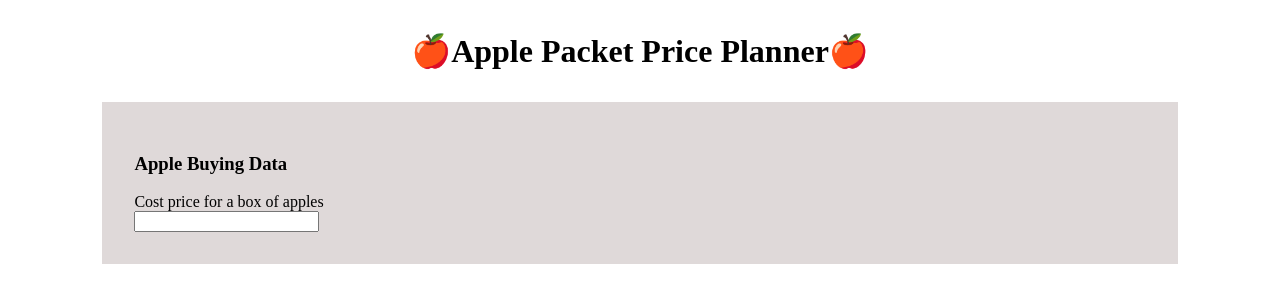
Repository: lasity34/apple-packet-price-planner
Page: index.html
These files come from the project's save history. The page is drawn as it stood at one moment and after the next save; the edit follows.
The browser window is 1280 px wide. The pictures show the whole page.

Above is the page before, as saved 2023-05-29 09:30:24.

After the next save:
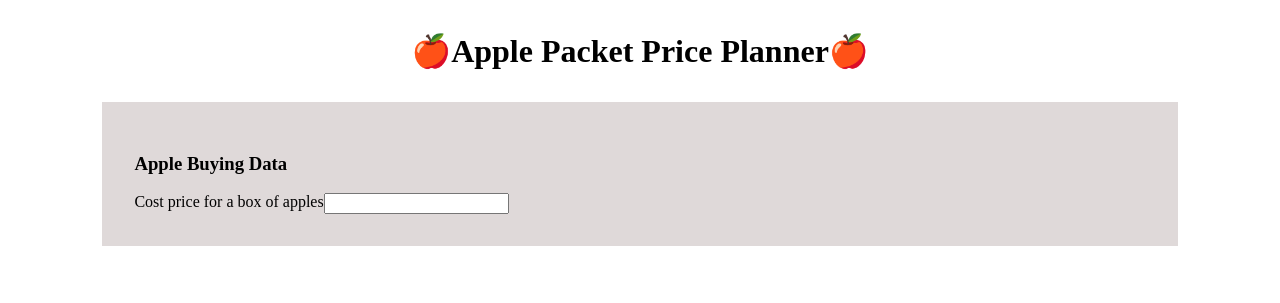
Saved 13 s later.
--- a/style.css
+++ b/style.css
@@ -10,3 +10,7 @@ main {
     padding: 2em;
     width: 80%;
 }
+
+.input_container {
+    display: flex;
+}
